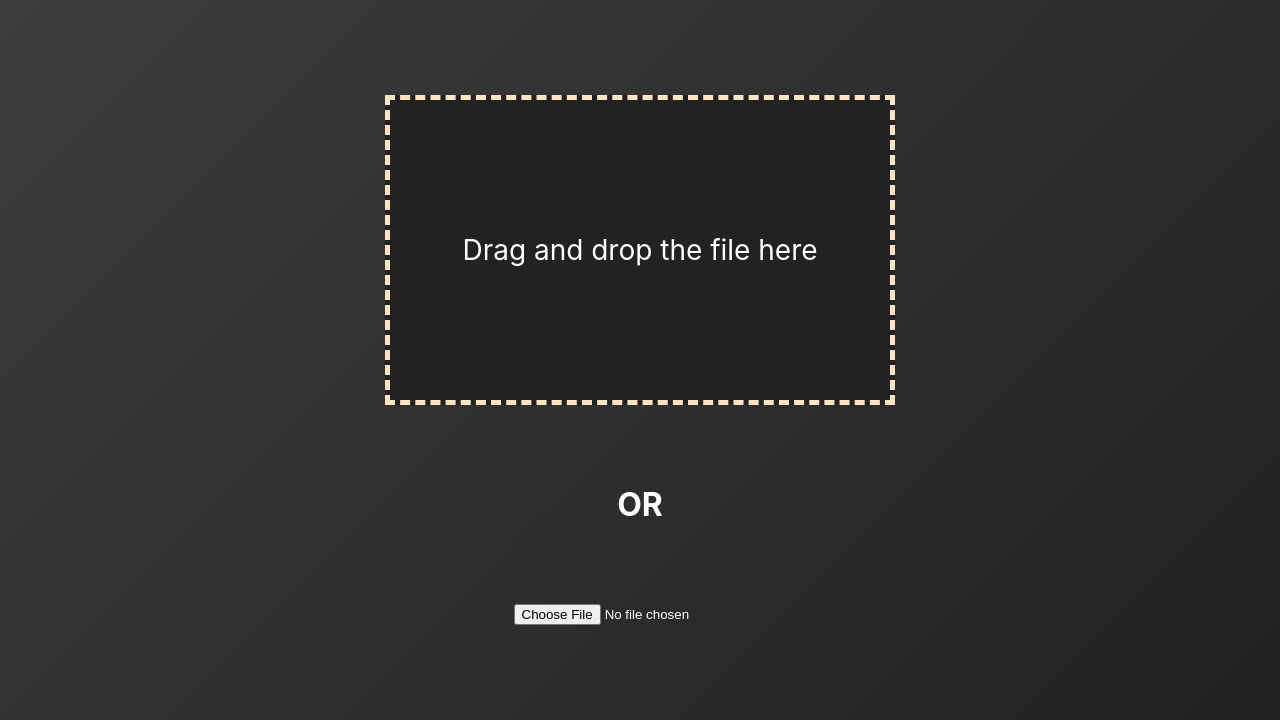
Repository: RXBVK/rt-map
Page: /
An editor plug-in stored every save of this project. The page is shown before and after the next save, followed by the edit.
The browser window is 1280 px wide. The pictures show the whole page.
The project was rebuilt for these pictures with package versions that can differ from the ones it lists, and the page was loaded fresh each time.

Above is the page before, as saved 2021-07-21 13:21:58.

### src/styles/index.css
* {
  margin: 0;
}
body {
  font-family: -apple-system, BlinkMacSystemFont, "Roboto", sans-serif;
  -webkit-font-smoothing: antialiased;
  -moz-osx-font-smoothing: grayscale;
  color: white;
}

code {
  font-family: source-code-pro, Menlo, Monaco, Consolas, "Courier New",
    monospace;
}

### src/App.js
import CsvUploader from "./components/CsvUploader/CsvUploader";
import "./styles/app.css";

function App() {
  return (
    <div className="main__container">
      <CsvUploader />
    </div>
  );
}

export default App;

### src/components/CsvUploader/CsvUploader.js
import React from "react";
import "./styles/csv-uploader.css";

export default function CsvUploader() {
  return (
    <div className="csv-uploader__container">
      <div className="csv-uploader__dropzone">Drag and drop the file here</div>
      <h1>OR</h1>
      <input type="file" className="csv-uploader__input" />
    </div>
  );
}

### src/styles/app.css
.main__container {
  min-height: 100vh;
  width: 100%;
  background: linear-gradient(135deg, #3d3d3d, #212121);
  display: -webkit-box;
  display: -ms-flexbox;
  display: flex;
  -webkit-box-orient: vertical;
  -webkit-box-direction: normal;
      -ms-flex-direction: column;
          flex-direction: column;
  -webkit-box-align: center;
      -ms-flex-align: center;
          align-items: center;
  text-align: center;
  -webkit-box-pack: center;
      -ms-flex-pack: center;
          justify-content: center;
}

.main__container > * {
  -webkit-animation: fadein 800ms;
          animation: fadein 800ms;
}

.button--primary {
  cursor: pointer;
  width: 200px;
  height: 45px;
  background-color: bisque;
  color: black;
  border-radius: 8px;
  font-weight: 700;
  font-size: 16px;
  -webkit-transition: all 200ms ease-out;
  transition: all 200ms ease-out;
}

.button--primary:hover {
  -webkit-filter: brightness(0.8);
          filter: brightness(0.8);
}

@-webkit-keyframes fadein {
  0% {
    opacity: 0;
  }
  100% {
    opacity: 1;
  }
}

@keyframes fadein {
  0% {
    opacity: 0;
  }
  100% {
    opacity: 1;
  }
}
/*# sourceMappingURL=app.css.map */

### src/components/CsvUploader/styles/csv-uploader.css
.csv-uploader__container {
  display: -webkit-box;
  display: -ms-flexbox;
  display: flex;
  -webkit-box-orient: vertical;
  -webkit-box-direction: normal;
      -ms-flex-direction: column;
          flex-direction: column;
  -webkit-box-align: center;
      -ms-flex-align: center;
          align-items: center;
  -webkit-box-pack: center;
      -ms-flex-pack: center;
          justify-content: center;
}

.csv-uploader__container > * {
  margin: 40px 0;
}

.csv-uploader__container .csv-uploader__dropzone {
  cursor: pointer;
  -webkit-box-align: center;
      -ms-flex-align: center;
          align-items: center;
  -webkit-box-pack: center;
      -ms-flex-pack: center;
          justify-content: center;
  width: 500px;
  height: 300px;
  border: 5px dashed bisque;
  font-size: 28px;
  background-color: #222222;
}

.csv-uploader__container .csv-uploader__label {
  display: -webkit-box;
  display: -ms-flexbox;
  display: flex;
  -webkit-box-align: center;
      -ms-flex-align: center;
          align-items: center;
  -webkit-box-pack: center;
      -ms-flex-pack: center;
          justify-content: center;
  margin-left: auto;
  margin-right: auto;
}

.csv-uploader__container #csv-uploader__input {
  opacity: 0;
  position: absolute;
}

@media (max-width: 600px) {
  .csv-uploader__or,
  .csv-uploader__dropzone {
    display: none;
  }
}

@media (min-width: 601px) {
  .csv-uploader__or {
    display: block;
  }
  .csv-uploader__dropzone {
    display: -webkit-box;
    display: -ms-flexbox;
    display: flex;
  }
}
/*# sourceMappingURL=csv-uploader.css.map */

Loaded but not shown: public/index.html (common file); src/index.js (common file); src/reportWebVitals.js (common file)

After the next save:
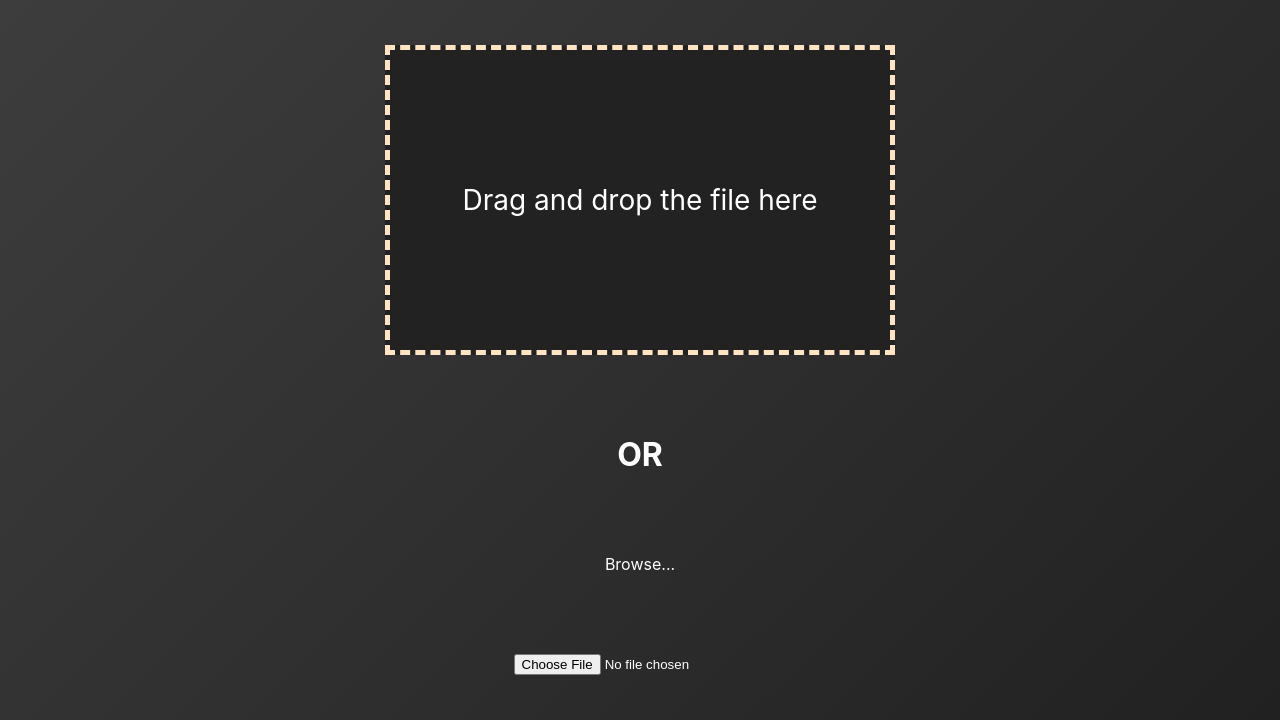
Saved 28 s later.
--- a/src/components/CsvUploader/CsvUploader.js
+++ b/src/components/CsvUploader/CsvUploader.js
@@ -6,7 +6,8 @@ export default function CsvUploader() {
     <div className="csv-uploader__container">
       <div className="csv-uploader__dropzone">Drag and drop the file here</div>
       <h1>OR</h1>
-      <input type="file" className="csv-uploader__input" />
+      <label for="upload-photo">Browse...</label>
+      <input type="file" name="photo" id="upload-photo" />
     </div>
   );
 }
